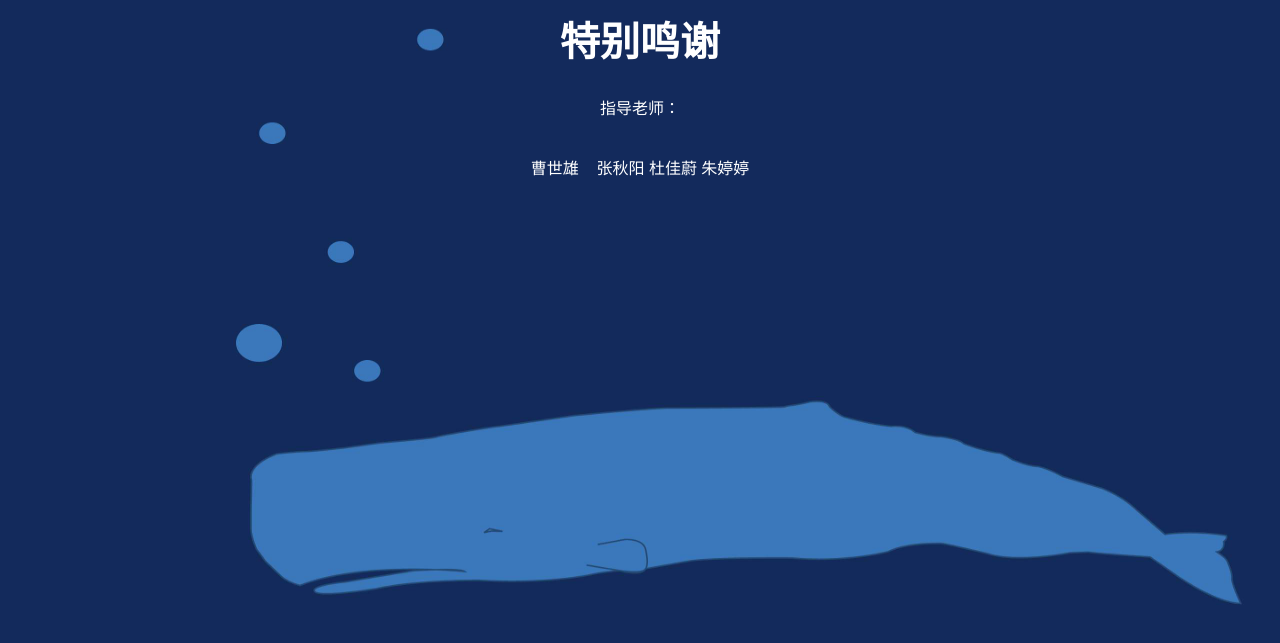
Repository: Akron-xz/helloVue
Page: /#/thanks (app in vue-library/)
The author's editor kept a copy of each file at every save. The page is drawn from the files as they stood at one save, then again after the next save.
The browser window is 1280 px wide. The pictures show the whole page.
The project was rebuilt for these pictures with package versions that can differ from the ones it lists, and the page was loaded fresh each time. Also part of the build but not shown: vue-library/src/components/homeNav.vue, vue-library/src/views/Home.vue.

Above is the page before, as saved 2020-11-26 17:04:25.

### vue-library/src/main.js
import Vue from 'vue'
import App from './App.vue'
import ElementUI from 'element-ui';
import 'element-ui/lib/theme-chalk/index.css';
import axios from "axios"
import router from './router'
import Router from 'vue-router'

const routerPush = Router.prototype.push
Router.prototype.push = function push(location) {
    return routerPush.call(this, location).catch(error => error)
}

Vue.config.productionTip = false
Vue.use(ElementUI);
Vue.prototype.$axios = axios;


new Vue({
    router,
    render: h => h(App)
}).$mount('#app')

### vue-library/src/router/index.js
import Vue from 'vue'
import VueRouter from 'vue-router'
import Home from '../views/Home.vue'


Vue.use(VueRouter)

const routes = [{
        path: '/',
        name: 'Home',
        component: Home
    },
    {
        path: '/about',
        name: 'About',
        // route level code-splitting
        // this generates a separate chunk (about.[hash].js) for this route
        // which is lazy-loaded when the route is visited.
        component: () =>
            import ( /* webpackChunkName: "about" */ '../views/About.vue')
    },
    {
        path: '/admin',
        name: 'Admin',
        // route level code-splitting
        // this generates a separate chunk (about.[hash].js) for this route
        // which is lazy-loaded when the route is visited.
        component: () =>
            import ( /* webpackChunkName: "about" */ '../views/Administrator.vue')
    },
    {
        path: "/userLogin",
        name: "UserLogin",
        component: () =>
            import ('../views/UserLogin.vue')
    },
    {
        path: "/user",
        name: "User",
        component: () =>
            import ( /* webpackChunkName: "about" */ '../views/User.vue')
    },
    {
        path: "/signup",
        name: "SignUp",
        component: () =>
            import ('../views/SignUp.vue')
    },
    {
        path: "/adminmain",
        name: "AdminMain",
        component: () =>
            import ('../views/AdminMain.vue')
    },
    {

        path: "/MyInformation",
        name: "MyInformation",
        component: () =>
            import ('../views/MyInformation.vue')
    },
    {
        path: "/library",
        name: "Library",
        component: () =>
            import ( /* webpackChunkName: "about" */ '../views/Library.vue')

    },
    {
        path: "/modifymsg",
        name: "ModifyMsg",
        component: () =>
            import ('../views/ModifyMsg.vue')
    },
    {
        path: "/borrowhistory",
        name: "BorrowHistory",
        component: () =>
            import ('../views/BorrowHistory.vue')
    },
    {
        path: "/newissue",
        name: "NewIssue",
        component: () =>
            import ('../views/NewIssue.vue')
    },
    {
        path: "/booksearch",
        name: "BookSearch",
        component: () =>
            import ('../views/BookSearch.vue')
    },
    {
        path: "/MyBookshelves",
        name: "MyBookshelves",
        component: () =>
            import ('../views/MyBookshelves.vue')
    },
    {
        path: "/modifyAnnounce",
        name: "ModifyAnnounce",
        component: () =>
            import ('../views/ModifyAnnounce.vue')
    },
    {
        path: "/statistics",
        name: "Statistics",
        component: () =>
            import ('../views/Statistics.vue')
    },
    {
        path: "/thanks",
        name: "Thanks",
        component: () =>
            import ('../views/Thanks.vue')
    },


]

const router = new VueRouter({
    routes
})

export default router

### vue-library/src/views/Thanks.vue
<template>
    <div class="thankBox-container">
        <h1 class="title">特别鸣谢</h1>
        <p class="thanksWord">
        指导老师：<br>
        <br>
        <br>
        曹世雄 &nbsp;&nbsp; 张秋阳  杜佳蔚  朱婷婷




        </p>
    </div>
</template>

<script>
export default {

}
</script>

<style scoped>
.thankBox-container {
  position: fixed;
  left: 0;
  top: 0;
  width: 100%;
  height: 100%;
  background-image: url(/img/divBg/bg34.jpg);
  background-size: 100% 100%;
}

.title{
    margin-top: 10px;
    text-align: center;
    font-size: 40px;
    color: white;
}

.thanksWord{
    color: white;
}
</style>

Loaded but not shown: vue-library/public/index.html (common file); vue-library/src/App.vue (common file)

After the next save:
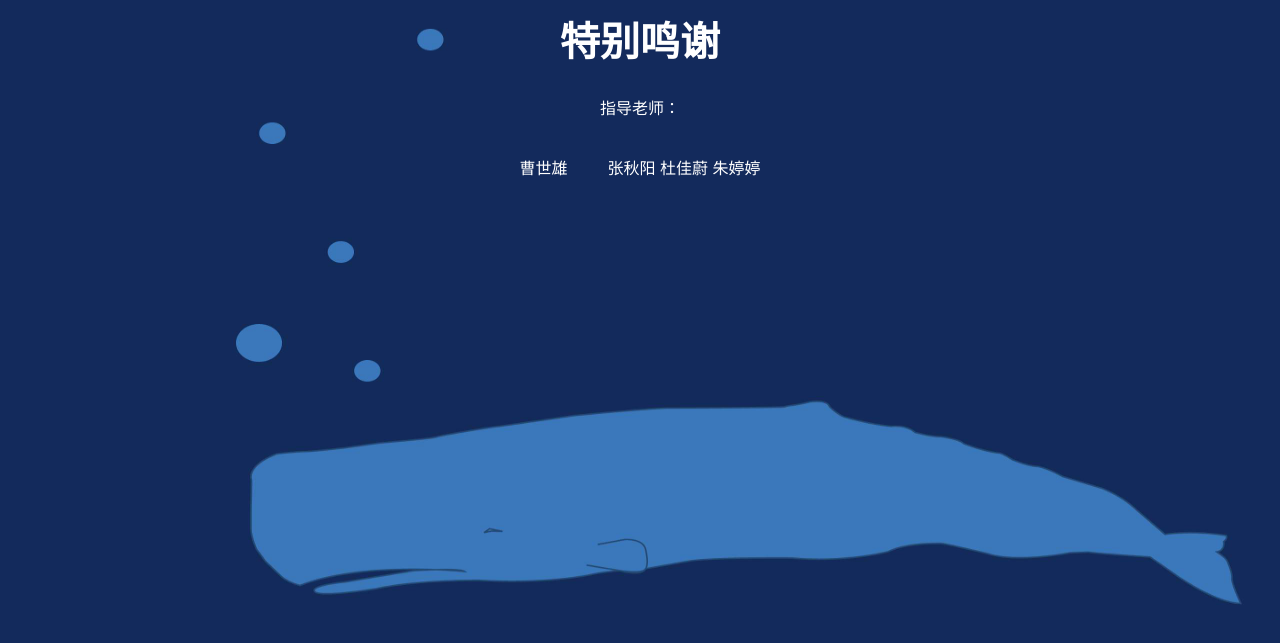
Saved 13 s later.
--- a/vue-library/src/views/Thanks.vue
+++ b/vue-library/src/views/Thanks.vue
@@ -5,7 +5,7 @@
         指导老师：<br>
         <br>
         <br>
-        曹世雄 &nbsp;&nbsp; 张秋阳  杜佳蔚  朱婷婷
+        曹世雄 &nbsp;&nbsp;&nbsp;&nbsp;&nbsp;&nbsp;&nbsp; 张秋阳  杜佳蔚  朱婷婷
 
 
 
